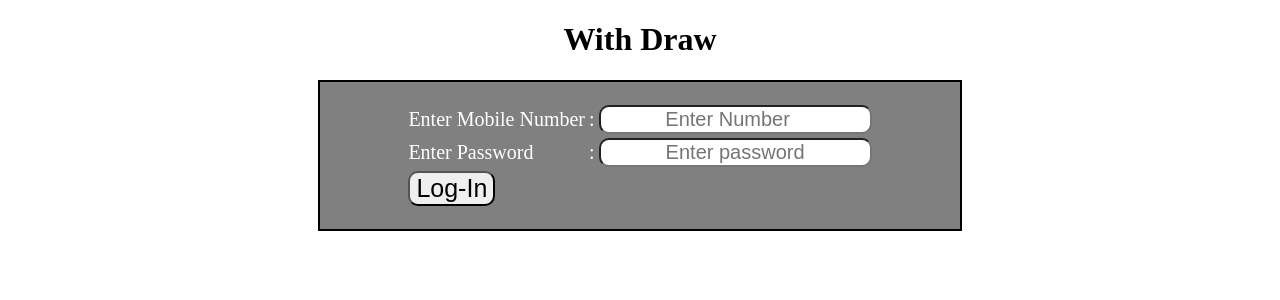
Repository: Boppesurya/advancedjav2
Page: Bank1/WebContent/MobaileTransaction.html
These files come from the project's save history. The page is drawn as it stood at one moment and after the next save; the edit follows.
The browser window is 1280 px wide. The pictures show the whole page.

Above is the page before, as saved 2023-06-09 07:55:09.

### Bank1/WebContent/MobaileTransaction.html
<!DOCTYPE html>
<html>
<head>
<meta charset="ISO-8859-1">
<title>Insert title here</title>
<style type="text/css">
#form{
font-size:20px;
         border:2px solid black;
         width: 600px;
         padding: 20px;
         background-color:gray;
         color: white;
}
.in{
text-align: center;
        font-size: 20px;
        border-radius:10px;
}
</style>
</head>
<body>
<h1 style="text-align: center;">With Draw</h1>
<center>
<form action="" id="form" method="post">
<table>
<tr>
<td>Enter Mobile Number</td>
<td>:</td>
<td><input type="number" name="number" placeholder="Enter Number" class="in"></td>
</tr>
<tr>
<td>Enter Password</td>
<td>:</td>
<td><input placeholder="Enter password" name="password" class="in" type="password"></td>
</tr>
<tr>
<td>
<input type="submit" style="font-size:25px;text-align:center;border-radius:10px;" value="Log-In">
</td>
</tr>
</table>
</form>
</center>
</body>
</html>

After the next save:
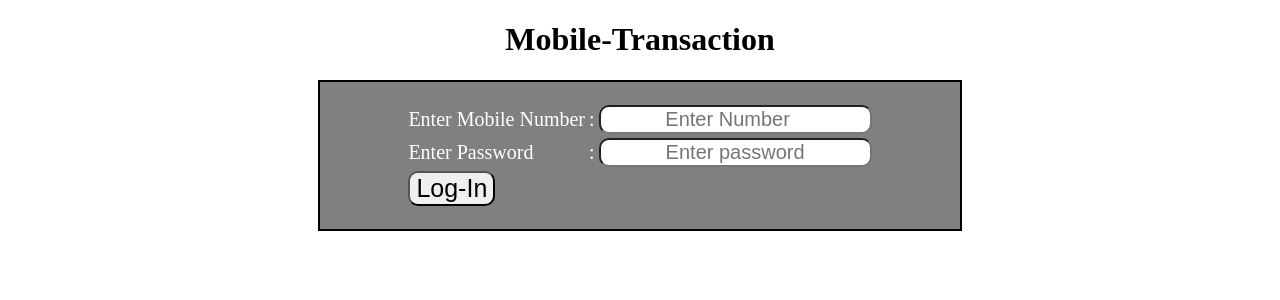
Saved 4 min 2 s later.
--- a/Bank1/WebContent/MobaileTransaction.html
+++ b/Bank1/WebContent/MobaileTransaction.html
@@ -20,7 +20,7 @@ text-align: center;
 </style>
 </head>
 <body>
-<h1 style="text-align: center;">With Draw</h1>
+<h1 style="text-align: center;">Mobile-Transaction</h1>
 <center>
 <form action="" id="form" method="post">
 <table>
